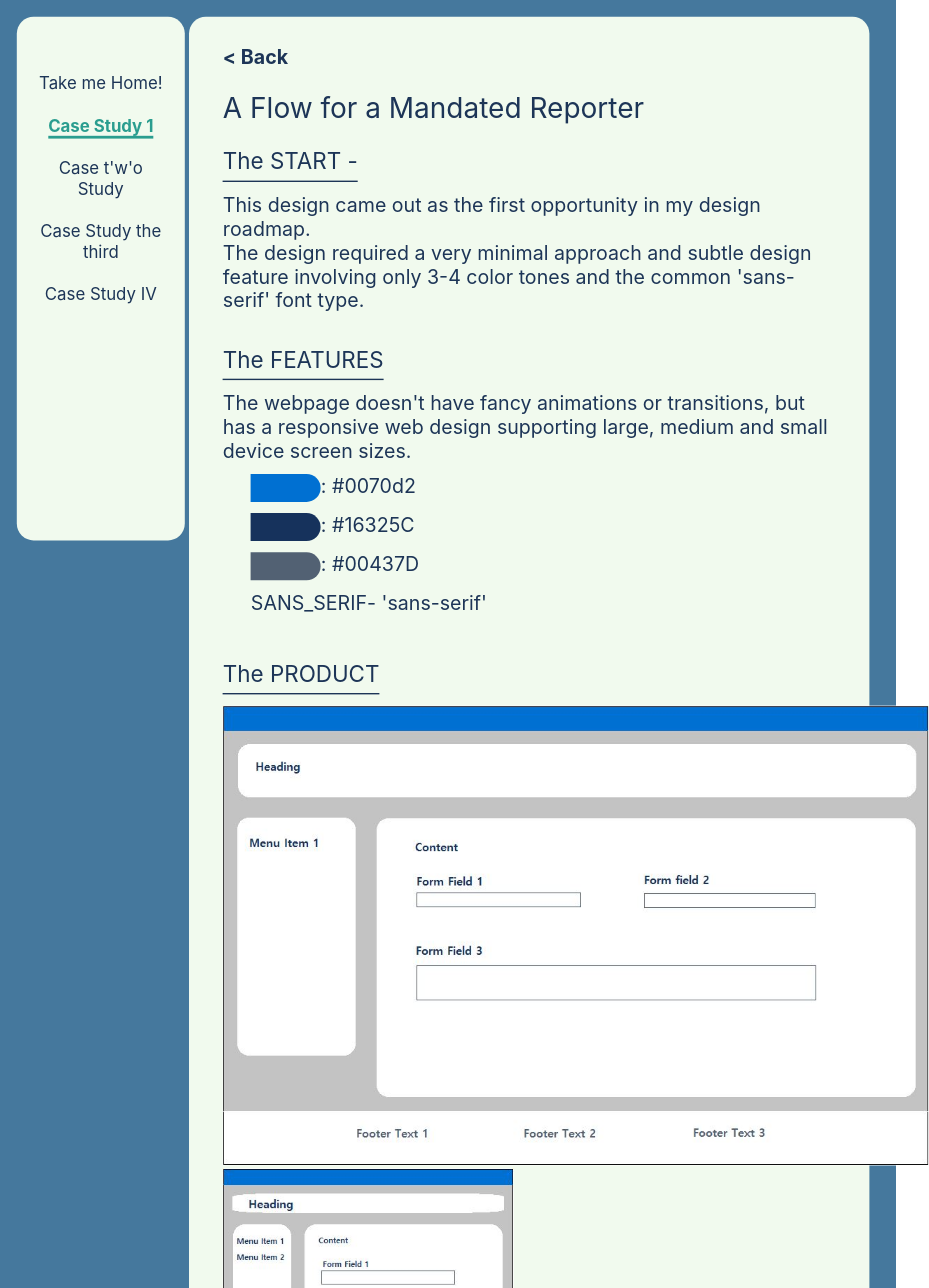
Repository: niranjangp/portfolioReact
Page: /cs-one
An editor plug-in stored every save of this project. The page is shown before and after the next save, followed by the edit.
The browser window is 1280 px wide. The page is 1327 px wide, so the pictures cover 1327 px, including what lies to the right of the window. The pictures show the part of the page from y = 0 to 1840 px (the page is 3066 px tall), at 70% of full size.
The project was rebuilt for these pictures with package versions that can differ from the ones it lists, and the page was loaded fresh each time. Also part of the build but not shown: src/pages/enterDesign.jsx, src/pages/notFound.jsx.

Above is the page before, as saved 2022-02-01 04:10:32.

After the next save:
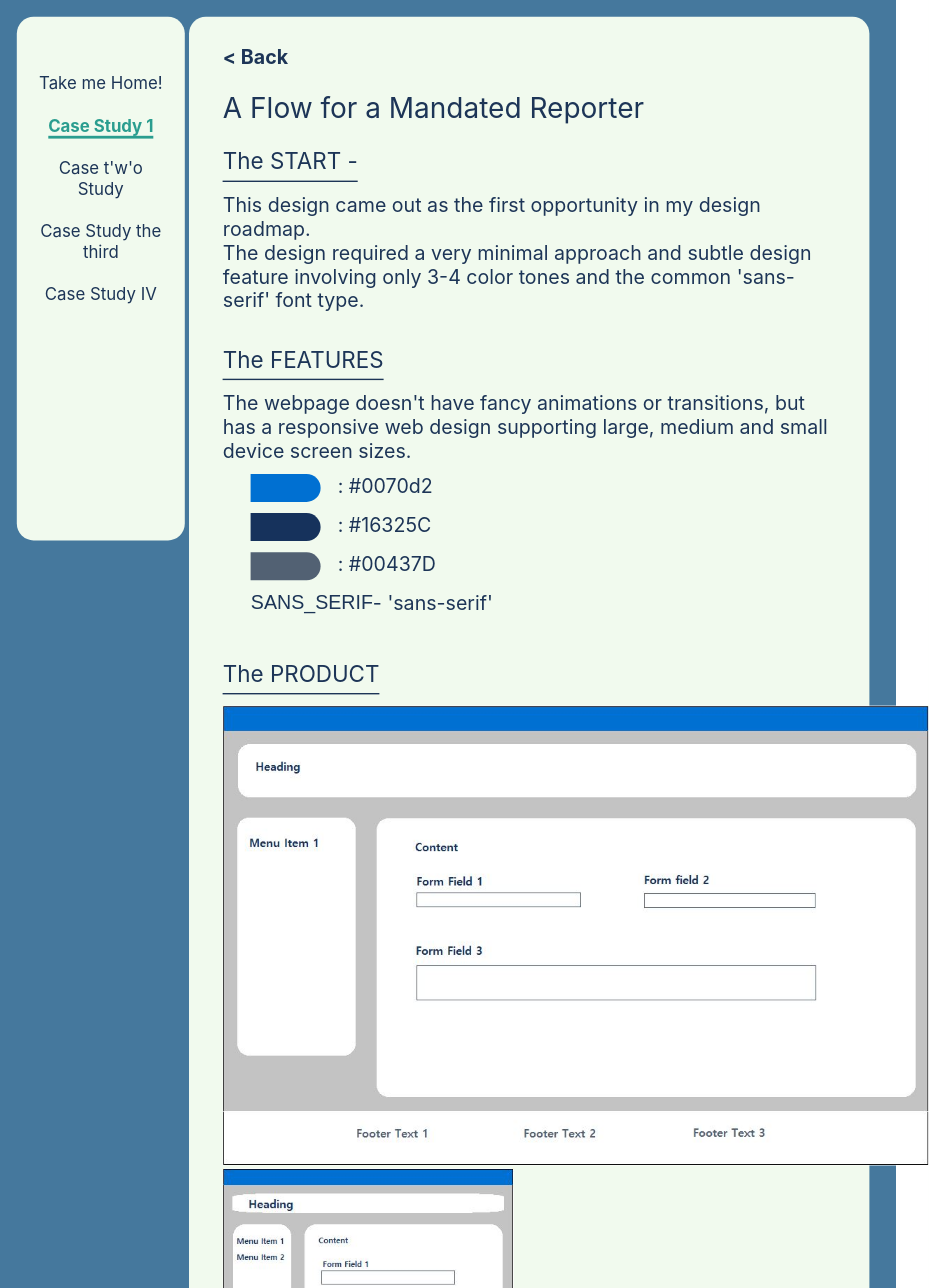
Saved 4 s later.
--- a/src/App.css
+++ b/src/App.css
@@ -226,7 +226,7 @@ footer {
   height: 40px;
   border-top-right-radius: 20px;
   border-bottom-right-radius: 20px;
-
+  margin-right: 24px;
 }
 
 .fir {
@@ -241,7 +241,7 @@ footer {
   background-color: #526173;
 }
 
-.fou span {
+.fou {
   font-family: sans-serif;
 }
 
